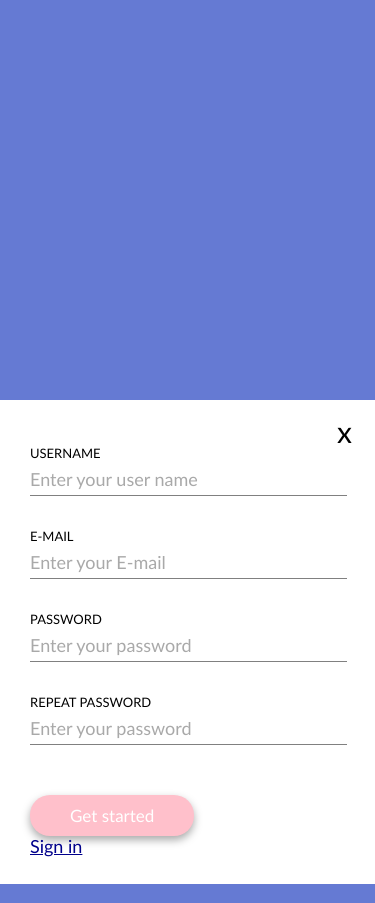
Repository: RugileG/registracijos-forma
Page: index.html
An editor plug-in stored every save of this project. The page is shown before and after a run of saves, followed by the edit.
The browser window is 375 px wide. The pictures show the whole page.

Above is the page before, as saved 2021-05-19 11:14:38.

### index.html
<!DOCTYPE html>
<html lang="en">
<head>
    <meta charset="UTF-8">
    <meta http-equiv="X-UA-Compatible" content="IE=edge">
    <meta name="viewport" content="width=device-width, initial-scale=1.0">
    <title>Registracija</title>
    <style>

        html {
            height: 100%;
        }

        body {
            max-width: 800px;
            min-height: 100%;
            margin: 0 auto;
            position: relative;
            background-color: #657AD3;
            font: normal normal normal 16px/19px Gill Sans MT;
        }

        .container {
            width: 100%;
            position: absolute;
            top: 50%;
            transform: translateY(-50%);
        }

        .left-column, .right-column {
            float:left;
            height: 484px;
        }

        .left-column {
            width: 40%;
            background-color: transparent;
        }

        .right-column {
            width: 60%;
            background-color: #FFFFFF ;
            position: relative;
        }

        .left-column-container {
            display: block;
            height: 424px;
            background-color: red;
            margin-top: 30px;
            background: transparent url('img/mountain.png') 0% 0% no-repeat padding-box;
            background-size: cover;
            padding-left: 40px;
            position:relative;
        }

        .right-column-container {
            padding-left: 60px;
            padding-top: 46px;
            padding-right: 60px;
            padding-bottom: 46px;
        }

        h1 {
            font: normal normal normal 32px/37px Gill Sans MT;
            color: #FFFFFF;
            margin: 0;
            padding-top: 32px;
        }

        .left-column p, .left-column a {
            display: inline-block;
            font: normal normal normal 16px/19px Gill Sans MT;
            color: #FFFFFF;
            margin: 0;
        }

        .right-column p {
            display: inline-block;
            font: normal normal normal 18px/21px Gill Sans MT;
            color: #000000;
            margin: 0;
            padding-left: 14px ;
        }

        .right-column a {
            display: inline-block;
            font: normal normal normal 18px/21px Gill Sans MT;
            color: #00008B;
            padding-left: 24px ;
            margin: 0;
        }

        .links {
            position: absolute;
            bottom: 25px;
        }

        label {
            display:block;
            font: normal normal normal 13px/15px Gill Sans MT;
            color: #000000;
            padding-bottom:12px;
        }


        .input {
            margin-bottom: 33px;
        }

        input {
            display: block;
            border: none;
            width: 100%;
            padding-left: 0;
            padding-bottom: 6px;
            border-bottom: 1px solid #808080;
        }

        input:focus {
            border: none;
            outline: none;
            border-bottom: 1px solid #808080;
        }

        ::-webkit-input-placeholder {
            font: normal normal normal 18px/21px Gill Sans MT;
            color: #A9A9A9;
        }

        .btn {
            font: normal normal normal 18px/21px Gill Sans MT;
            color: #FFFFFF;
            background-color: #FFC0CB;
            border-radius: 20px;
            padding-left: 40px;
            padding-right:40px;
            padding-top: 10px;
            padding-bottom: 10px;
            border: none;
            box-shadow: 0 4px 8px darkgray;
        }

        .btn:hover {
            cursor:pointer;
            box-shadow: 0 4px 8px grey;
        }

        .close {
            font: normal normal normal 30px/35px Gill Sans MT;
            color: #000000;
            position:absolute;
            top: 14px;
            right: 23px;
        }

        .close:hover {
            color:#00008B;
        }

        @media screen and (max-width: 664px) {
            .left-column-container {
                height: 100%;
                padding-left: 20px;
                margin-top: 0;
            }

            .right-column-container {
                padding-left: 30px;
                padding-right: 30px;
            }

            .right-column-bottom-action {
                margin-top:50px;
            }

            .links {
                bottom: 45px;
            }
            .or {
                display:none !important;
            }
        }

        @media (max-width:500px) and (min-width:368px) {
            .right-column a {
                display: block;
                padding-left: 0;
            }

            .btn {
                font-size: 17px;
            }

            .left-column, .right-column {
                width:100%
            }

            .links {
                display:none;
            }

            .left-column-container {
                background: none;
            }
        }


    </style>
</head>
<body>
    <div class='container'>
        <div class='left-column'>
            <div class='left-column-container'>
                <h1>Sign up</h1>

                <div class='links'>
                    <a href='#'>Privacy policy</a>
                    <p>&</p>
                    <a href='#'>terms of service</a>
                </div>
            </div>
        </div>
        <div class='right-column'>
            <div class='right-column-container'>
                <span class='close'>x</span>
                <div class='input'>
                    <label for='username'>USERNAME</label>
                    <input placeholder='Enter your user name' type='text' id='username' name='username' />
                </div>
                <div class='input'>
                    <label for='email'>E-MAIL</label>
                    <input placeholder='Enter your E-mail' type='text' id='email' name='email' />
                </div>
                <div class='input'>
                    <label for='password'>PASSWORD</label>
                    <input placeholder='Enter your password' type='text' id='password' name='password' />
                </div>
                <div class='input'>
                    <label for='repeat_password'>REPEAT PASSWORD</label>
                    <input placeholder='Enter your password' type='text' id='repeat_password' name='repeat_password' />
                </div>

                <div class='right-column-bottom-action'>
                    <button class='btn'>Get started</button>
                    <p class='or'>or</p>
                    <a href='#'>Sign in</a>
                </div>
            </div>
        </div>
    </div>
</body>
</html>

After the next 4 saves:
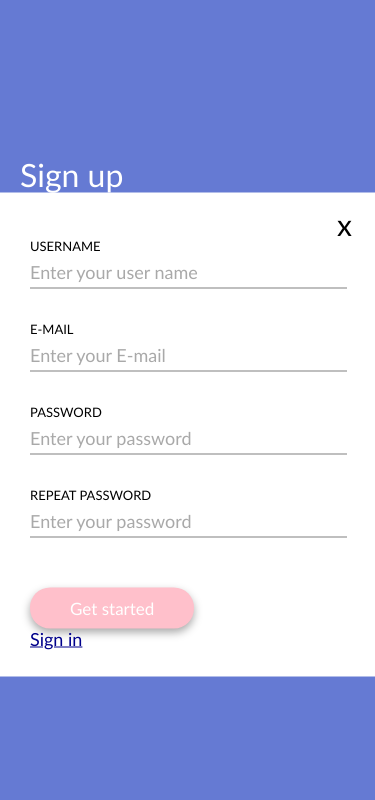
The 4 saves are shown as one change because they came seconds apart.
The last was saved 41 s later.
--- a/index.html
+++ b/index.html
@@ -196,6 +196,10 @@
                 width:100%
             }
 
+            .left-column {
+                height: auto;
+            }
+
             .links {
                 display:none;
             }
